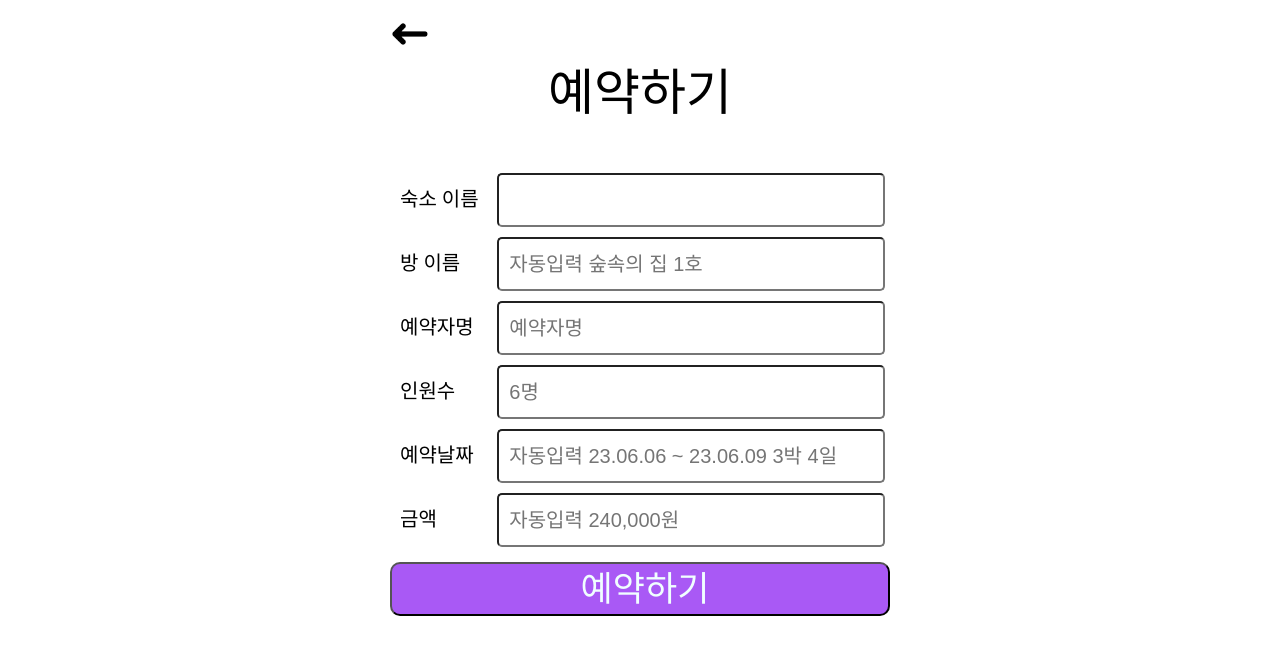
Repository: jaehunjeong4103/WebProject
Page: http://localhost/Web/view/reservation/reservation
An editor plug-in stored every save of this project. The page is shown before and after the next save, followed by the edit.
The browser window is 1280 px wide. The pictures show the whole page.
Some web fonts or font styles are not loaded; a fallback is used. The page is served by Tomcat 9. Other server files are loaded and not shown.

Above is the page before, as saved 2023-06-06 04:02:28.

### Web/src/main/webapp/WEB-INF/view/reservation/reservation.jsp
<%@ page language="java" contentType="text/html; charset=EUC-KR"
    pageEncoding="EUC-KR"%>
<!DOCTYPE html>
<html>
<head>
	<link rel="preconnect" href="https://fonts.googleapis.com">
	<link rel="preconnect" href="https://fonts.gstatic.com" crossorigin="crossorigin">
	<link href="https://fonts.googleapis.com/css2?family=Gowun+Dodum&family=Song+Myung&display=swap" rel="stylesheet">
	<link href="../../css/register.css?after" type="text/css" rel="stylesheet" />
	<link href="../../css/reservation.css?after" type="text/css" rel="stylesheet" />
	<meta charset="UTF-8">
<title>Insert title here</title>
</head>
<body>
	<header>
		<div id="arrow_body">
			<button onclick="history.back()"><image src="../../images/direction-arrow.png" alt="화살표" id="arrow"/></button>
		<div id="title">예약하기</div>
	</header>
	<div id="reservation_body">
		<form action="reservation" method="post">
			<section>
				<div class="input">
					<span>숙소 이름</span>
					<input type="text" class="input_text id" name="ID" value="${stay_name}">
				</div>
				<div class="input">
					<span>방 이름</span>
					<input type="text" placeholder="자동입력 숲속의 집 1호" class="input_text id" name="ID" value="${chkId}" readonly>
				</div>
				<div class="input">
					<span>예약자명</span>
					<input type="text" placeholder="예약자명" class="input_text id" name="ID" value="${chkId}" readonly>
				</div>
				<div class="input">
					<span>인원수</span>
					<input type="text" placeholder="6명" class="input_text id" name="ID" value="${chkId}" readonly>
				</div>
				<div class="input">
					<span>예약날짜</span>
					<input type="text" placeholder="자동입력 23.06.06 ~ 23.06.09 3박 4일" class="input_text id" name="ID" value="${chkId}" readonly>
				</div>
				<div class="input">
					<span>금액</span>
					<input type="text" placeholder="자동입력 240,000원" class="input_text id" name="ID" value="${chkId}" readonly>
				</div>
		    <input type="submit" value="예약하기" class="button">
			</section>
		</form>
	</div>
</body>
</html>

### Web/src/main/java/controller/reservation/Reservation_controller.java
package controller.reservation;

import java.io.IOException;

import javax.servlet.ServletException;
import javax.servlet.annotation.WebServlet;
import javax.servlet.http.HttpServlet;
import javax.servlet.http.HttpServletRequest;
import javax.servlet.http.HttpServletResponse;
import javax.servlet.http.HttpSession;

@WebServlet("/view/reservation/reservation")
public class Reservation_controller extends HttpServlet{
	@Override
	protected void doGet(HttpServletRequest request, HttpServletResponse response) throws ServletException, IOException {
		request.getRequestDispatcher("/WEB-INF/view/reservation/reservation.jsp").forward(request, response);
	}

	@Override
	protected void doPost(HttpServletRequest request, HttpServletResponse response) throws ServletException, IOException {
		request.setCharacterEncoding("UTF-8");
		response.setContentType("text/html; charset=utf-8");

		String stay_name = request.getParameter("stay_name");
		String room_name = request.getParameter("room_name");
		String res_date = request.getParameter("res_date");

		HttpSession session = request.getSession();
		session.setAttribute("stay_name", stay_name);
		session.setAttribute("room_name", room_name);
		session.setAttribute("res_date", res_date);


		request.getRequestDispatcher("/WEB-INF/view/reservation/reservation.jsp").forward(request, response);

	}
}

### Web/src/main/webapp/css/register.css
@charset "UTF-8";
* {padding: 0; margin: 0;}

button {border-width: 0;}

body {
	width: 500px;
	margin: auto;
	position: relative;
}

a#id_check {
	position: absolute;
	top: 191px;
	right: 10px;
}

img#arrow {
	width: 40px;
	height: 40px;
	position: absolute;
	transform: rotate(180deg);
}

div#title {
	font-size: 50px;
	text-align: center;
	line-height: 150px;
}

#section {
	margin-bottom: 20px;
	display: flex;
	flex-direction: row;
	justify-content: space-between;
}

label {
	width: 50%;
	font-size: 30px;
	line-height: 50px;
	text-align: center;
	color: gray;
	margin-left: 10px;
	margin-right: 20px;
}

input#male{
	margin-left: 20px;
}

input#male, input#female {
	position: relative;
	top: -4.5px;
}

.input_text {
	width: 100%;
	font-size: 20px;
	line-height: 50px;
	border-radius: 5px;
	padding-left: 10px;
	box-sizing: border-box;
	margin: 5px;
}

.button {
	width: 100%;
	margin: auto;
	margin-top: 10px;
	background-color: rgb(169, 89, 245);
	border-radius: 10px;
	text-align: center;
	font-size: 35px;
	color: azure;
	line-height: 50px;
	padding-left: 10px;
	box-sizing: border-box;
}

#register_button:disabled input type:submit{
	background-color: gray;
}

button:hover {cursor: pointer;}

.button:hover {cursor: pointer;}
.button:disabled {background-color: gray; color: white;}

a {
	color: black; text-decoration-line: none;
}

### Web/src/main/webapp/css/reservation.css
@charset "UTF-8";

* {margin: 0; padding: 0;}

div#reservation {
	width: 824px;
  margin: auto;
  border: 1px solid yellow;
  margin-top: 10px;
}

div#date_count {
	width: 784px;
	margin: auto;
	margin-bottom: 5px;
	display: flex;
	flex-direction: row;
	font-size: 20px;
}

#start_day {
	margin-right: 20px;
}

#end_day {
	margin-right: 345px;
}

div#date {
	width: 600px;
}

#room_box {
	width: 784px;
	margin: auto;
	margin-top: 10px;
	margin-bottom: 10px;
	border: 1px solid rgb(128, 0, 255);
	display: flex;
	flex-direction: column;
}

#room_list_head{
	width: 784px;
	height: 40px;
	margin: auto;
	display: flex;
	flex-direction: row;
	flex-wrap: nowrap;
	justify-content: space-between;
}

#room_list{
	width: 784px;
	margin: auto;
	display: flex;
	flex-direction: row;
	flex-wrap: wrap;
	justify-content: space-between;
}

#room_list_head div {
	font-size: 20px;
	text-align: center;
	line-height: 40px;
	border: 1px solid gray;
}

#room_list div {
	padding: 5px;
	font-size: 15px;
	border: 1px solid gray;
}

.room_name {
	width: 120px;
}
.room_max {
	width: 100px;
}
.room_price {
	width: 120px;
}
.room_facilities {
	width: 360px;
}
.room_reservation {
	width: 84px;
}

a.reserbation {
	color: black;
}

#room_list .room_name {
	text-align: center;
}

#room_list .room_max {
	text-align: center;
}

#room_list .room_reservation {
	text-align: center;
}

#reservation_body {
	width: 500px;
	margin: auto;
	position: relative;
}

#reservation_body span {
	width: 120px;
	font-size: 20px;
	padding-left: 10px;
	line-height: 62px;
}

.input {
	display: flex;
	flex-direction: row;
	flex-wrap: nowrap;
	justify-content: space-between;
}

#res_button {
	border: none;
	background-color:transparent;
	font-size: 15px;
}
#res_button:hover {cursor: pointer;}

After the next save:
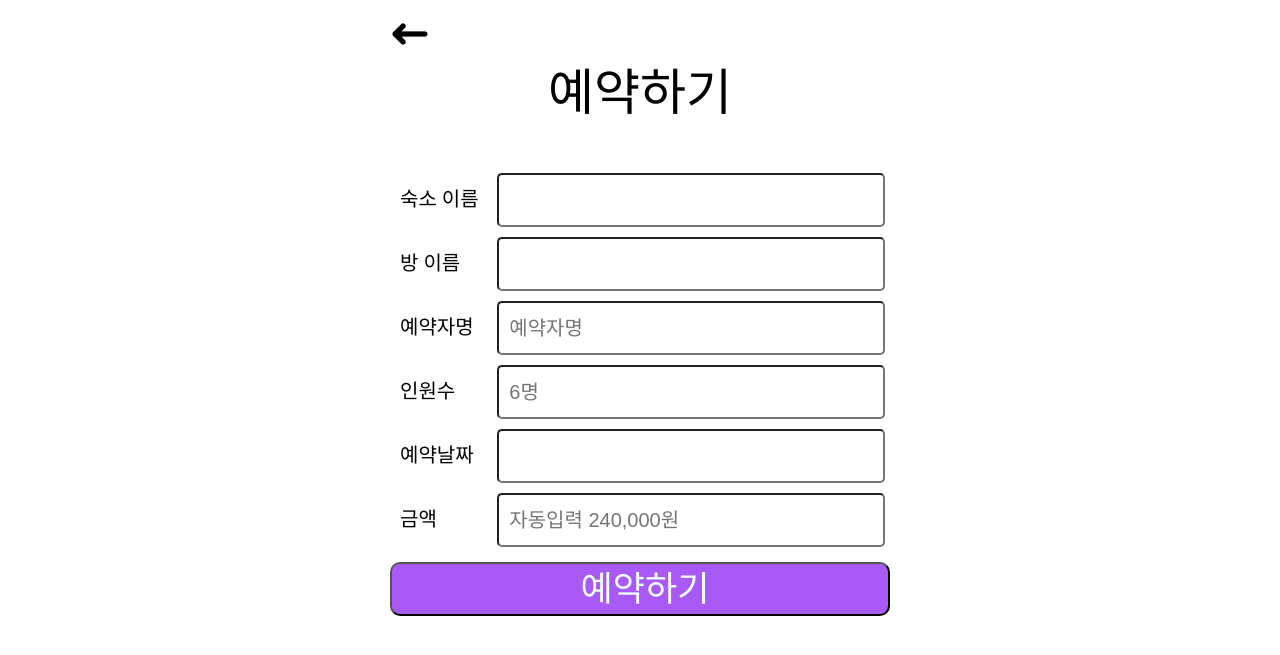
Saved 40 s later.
--- a/Web/src/main/webapp/WEB-INF/view/reservation/reservation.jsp
+++ b/Web/src/main/webapp/WEB-INF/view/reservation/reservation.jsp
@@ -22,11 +22,11 @@
 			<section>
 				<div class="input">
 					<span>숙소 이름</span>
-					<input type="text" class="input_text id" name="ID" value="${stay_name}">
+					<input type="text" class="input_text id" name="ID" value="${stay_name}" readonly>
 				</div>
 				<div class="input">
 					<span>방 이름</span>
-					<input type="text" placeholder="자동입력 숲속의 집 1호" class="input_text id" name="ID" value="${chkId}" readonly>
+					<input type="text" class="input_text id" name="ID" value="${room_name}" readonly>
 				</div>
 				<div class="input">
 					<span>예약자명</span>
@@ -38,7 +38,7 @@
 				</div>
 				<div class="input">
 					<span>예약날짜</span>
-					<input type="text" placeholder="자동입력 23.06.06 ~ 23.06.09 3박 4일" class="input_text id" name="ID" value="${chkId}" readonly>
+					<input type="text" class="input_text id" name="ID" value="${res_date}" readonly>
 				</div>
 				<div class="input">
 					<span>금액</span>
